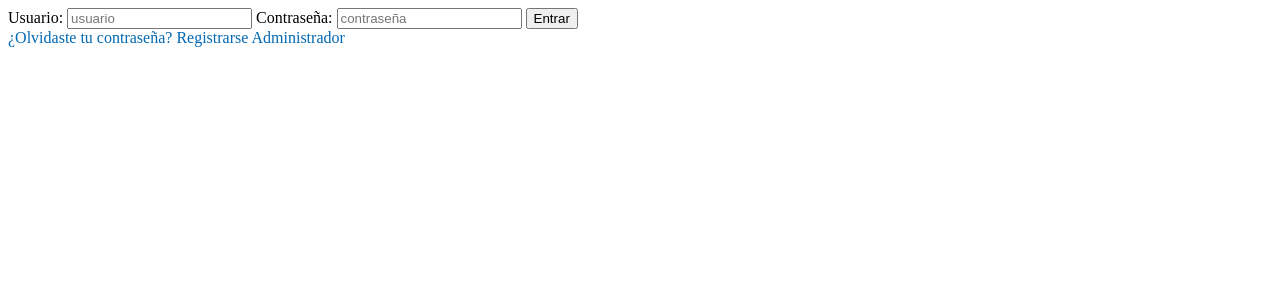
Repository: jluislechado/gestionUsuario
Page: http://localhost/php/admin.php
The author's editor kept a record of every edit. The page is drawn from the files as they stood at one moment, then again after the next edit.
The browser window is 1280 px wide. The pictures show the whole page.
The page is run by PHP 8.4 with error messages shown; the project is at /var/www/html/.

Above is the page before.

### workspace/php/admin.php
<!DOCTYPE html>
<html>
    <head>
        <meta charset="UTF-8">
        <title></title>
          <link rel="stylesheet" href="../estilo/estilo.css"/>
    </head>
    <body>
        <form action="phplogin.php" method="post">
            <span>Usuario: </span><input type="text" name="alias" placeholder="usuario"/>
            <span>Contraseña: </span><input type="password" name="contrasena" placeholder="contraseña"/>
            <input type="submit" value="Entrar"/>
        </form>
        <a href="olvidar.php">¿Olvidaste tu contraseña?</a>
        <a href="registro.php">Registrarse</a>
        <a href="#">Administrador</a>
    </body>
</html>

### workspace/estilo/estilo.css
header{
    width:100%;
}
#cabecera{
    width:100%;
}
#formularioIndex{
    width:450px;
    height:150px;
    border:1px solid #0168b3;
    margin:0 auto;
    font-family:raleway;
    font-size:20px;
    color:#0168b3;
    text-align:center;
}
#botonIndex{
    background-color:#0168b3;
    font-family:raleway;
    font-size:20px;
    color:white;
    width:287px;
}
.blanco{
    width:100%;
    height:50px;
}
#enlacesIndex{
    width:450px;
    margin:0 auto;
    font-family:raleway;
    font-size:20px;
    color:#0168b3;
    text-align:center;
}
a{
    list-style:none;
    text-decoration:none;
    color:#0168b3;
}
#administradorIndex{
    width:100%;
    font-family:raleway;
    font-size:20px;
    color:#0168b3;
    text-align:right;
}
#h1{
    width:100%;
    font-family:raleway;
    color:#0168b3;
    font-size:40px;
    text-align:center;
    font-weight:200;
}
#formularioIndex2{
    width:450px;
    height:150px;
    border:1px solid #0168b3;
    margin-left:50px;
    float:left;
    font-family:raleway;
    font-size:20px;
    color:white;
    background-color:#0168b3;
    text-align:center;
}
#ladoDerecho{
    width:250px;
    float:right;
    margin-right:50px;
}
.usuario{
    width:250px;
    border:1px solid white;
    text-align:center;
    font-family:raleway;
    font-size:20px;
    background-color:#0168b3;
    margin-bottom:8px;
}
.usuario a{
   color:white;
}
table{
    margin:0 auto;
    font-family:raleway;
}
.mensaje{
    font-family:raleway;
    font-size:20px;
    background-color:#0168b3;
}

After the next edit:
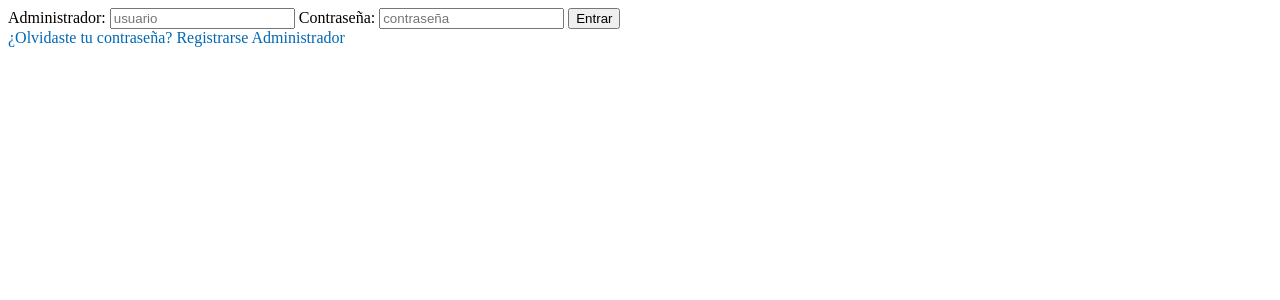
The edit:
--- a/workspace/php/admin.php
+++ b/workspace/php/admin.php
@@ -7,7 +7,7 @@
     </head>
     <body>
         <form action="phplogin.php" method="post">
-            <span>Usuario: </span><input type="text" name="alias" placeholder="usuario"/>
+            <span>Administrador: </span><input type="text" name="alias" placeholder="usuario"/>
             <span>Contraseña: </span><input type="password" name="contrasena" placeholder="contraseña"/>
             <input type="submit" value="Entrar"/>
         </form>
